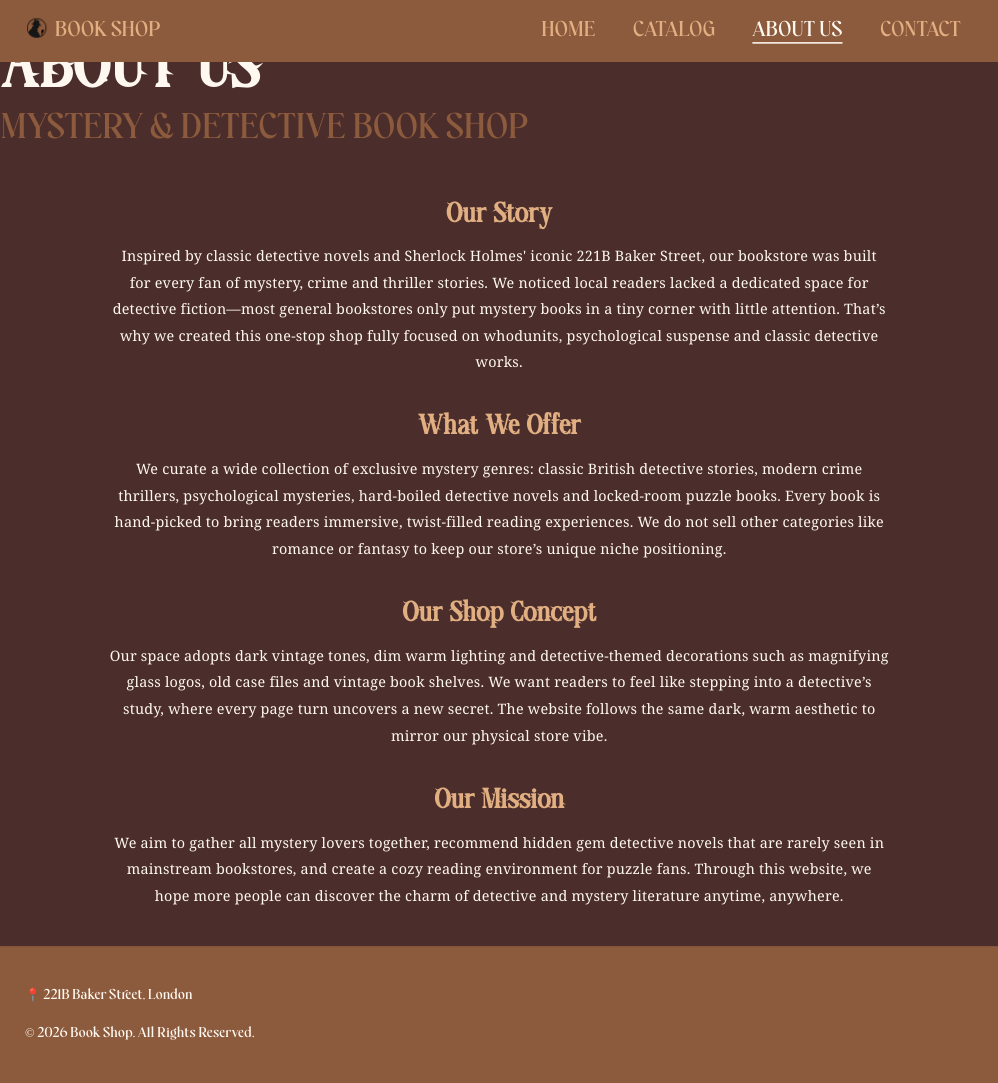
Repository: Nicholas0103/Book_Shop
Page: html/about.html
The author's editor kept a copy of each file at every save. The page is drawn from the files as they stood at one save, then again after a run of saves.
The browser window is 1280 px wide. The pictures show the whole page, at 78% of full size.

Above is the page before, as saved 2026-07-26 17:37:17.
Console error: TypeError: Cannot read properties of null (reading 'addEventListener')

After the next 2 saves:
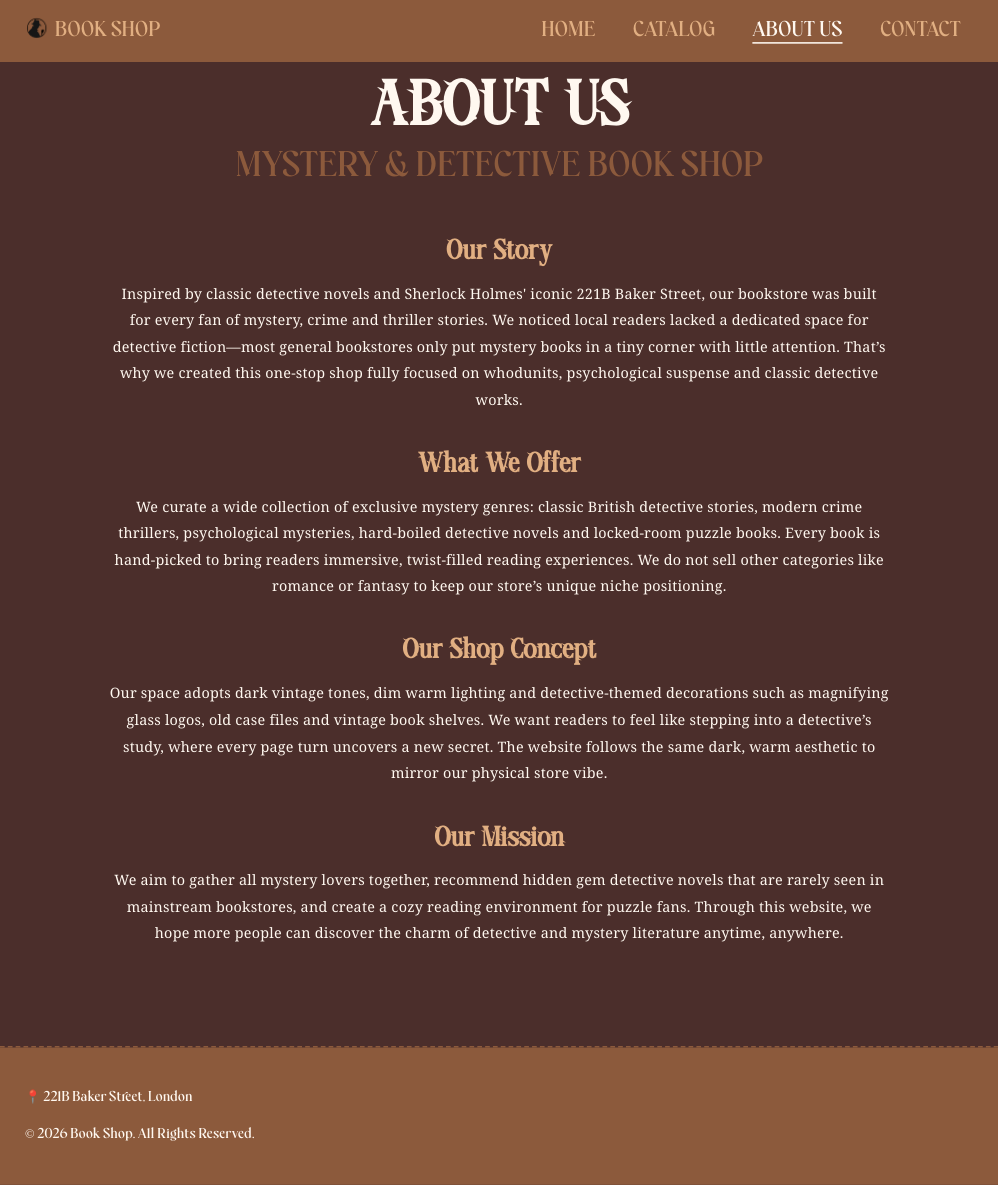
The 2 saves are shown as one change because they came seconds apart.
The last was saved 84 s later.
--- a/css/style.css
+++ b/css/style.css
@@ -206,7 +206,7 @@
 6. MAIN SECTION
 ======================================== */
 
-.features-section .about-section{
+.features-section, .about-section {
     padding: 3rem 1rem 5rem 1rem;
     text-align: center;
     border-bottom: 2px dashed var(--accent-color);
